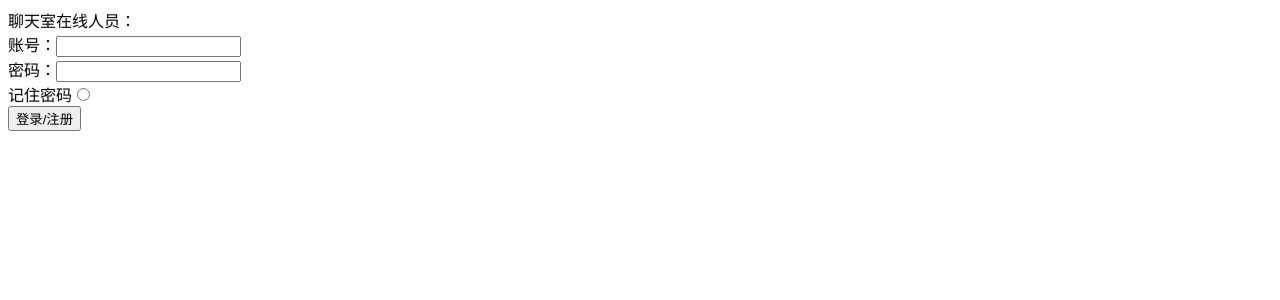
Repository: Matty-GCU/MyEclipse
Page: http://localhost/JavaWeb/chapter08_JSP_built_in_Object_2/homework/8.99.3hw3.jsp
These files come from the project's save history. The page is drawn as it stood at one moment and after the next save; the edit follows.
The browser window is 1280 px wide. The pictures show the whole page.
The page is served by Tomcat 9.

Above is the page before, as saved 2021-10-27 15:28:40.

After the next save:
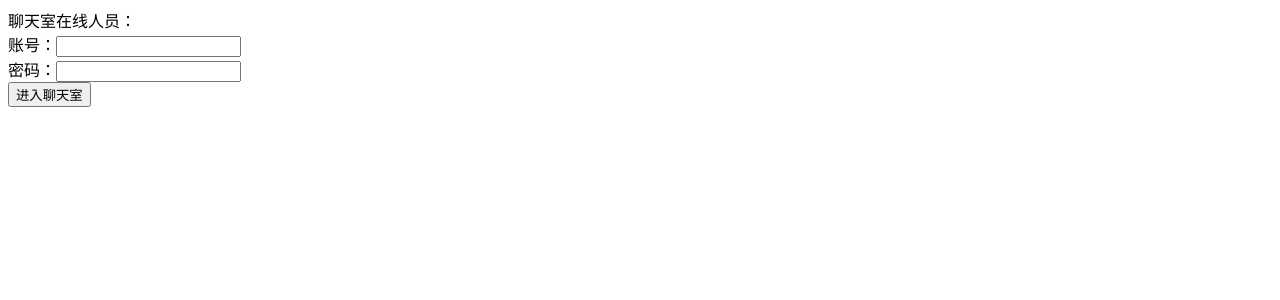
Saved 18 s later.
--- a/JavaWeb/WebRoot/chapter08_JSP_built_in_Object_2/homework/8.99.3hw3.jsp
+++ b/JavaWeb/WebRoot/chapter08_JSP_built_in_Object_2/homework/8.99.3hw3.jsp
@@ -25,8 +25,7 @@
 		<form action="#" method="post">
 			账号：<input type="text" name="account"><br>
 			密码：<input type="password" name="psw"><br>
-			记住密码<input type="radio" name="rememberPsw" value="yes"><br>
-			<input type="submit" value="登录/注册">
+			<input type="submit" value="进入聊天室">
 		</form>
 	</body>
 </html>
